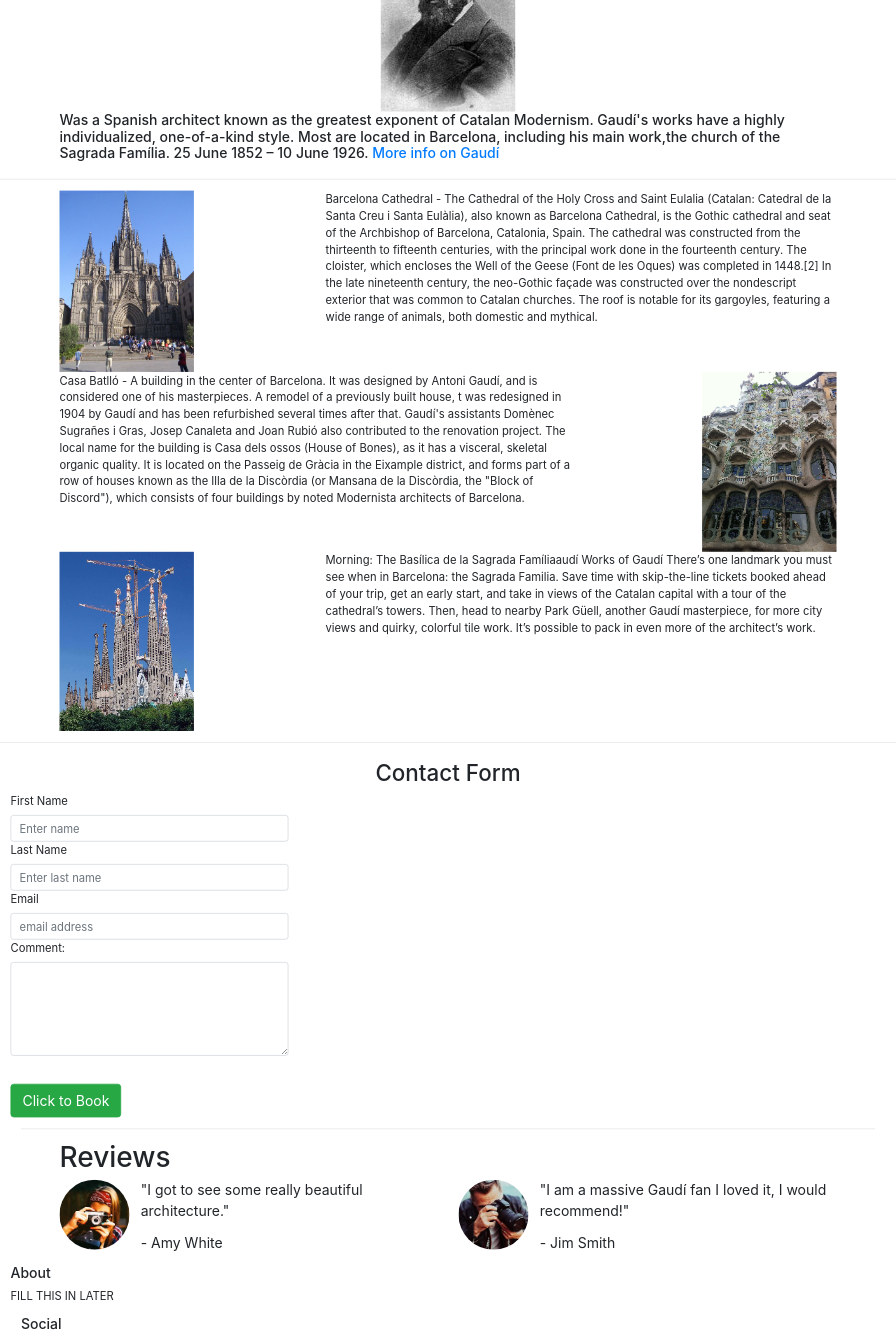
Repository: Taitdanielle/Milestone1
Page: index.html
The author's editor kept a record of every edit. The page is drawn from the files as they stood at one moment, then again after the next edit.
The browser window is 1280 px wide. The pictures show the part of the page from y = 1065 to 2985 px (the page is 2985 px tall before and 2977 px after), at 70% of full size.

Above is the page before.

After the next edit:
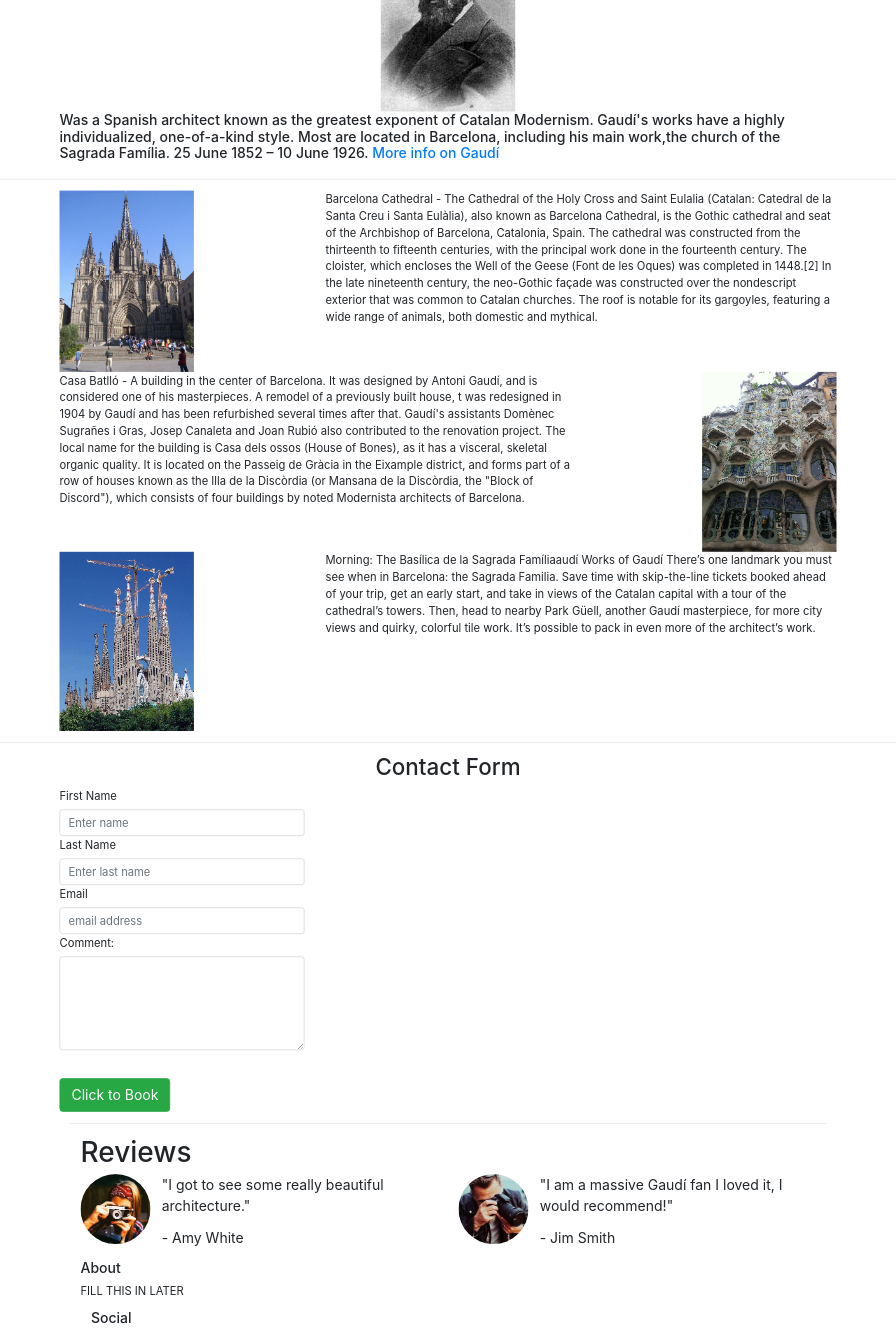
The edit:
--- a/index.html
+++ b/index.html
@@ -168,6 +168,7 @@
 
     <!-- Contact Form -->
 
+<div class="container"
     <section class="container-fluid form mt-4" id="contact">
         <form action="#" method="post">
             <h2 class="text-center">Contact Form</h2>
